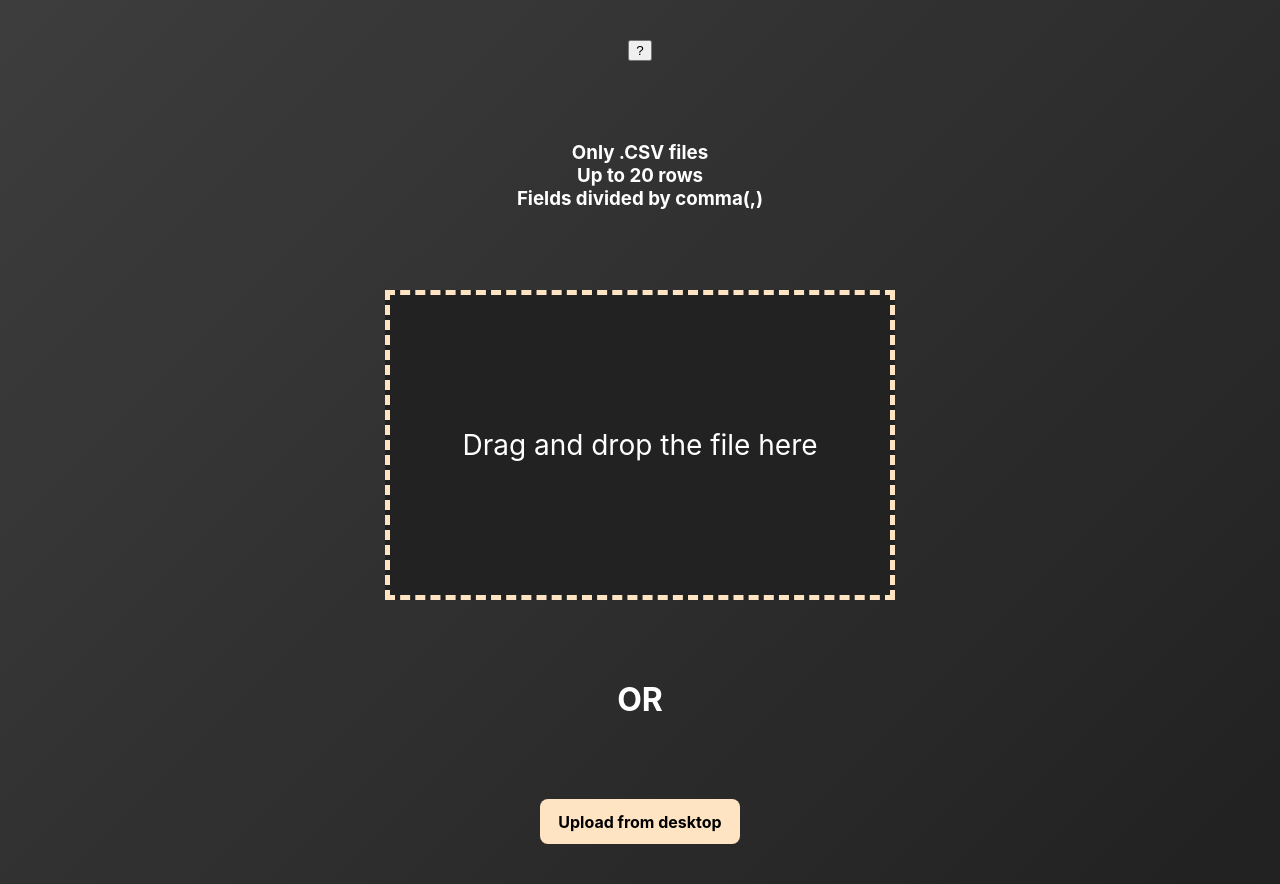
Repository: RXBVK/rt-map
Page: /
An editor plug-in stored every save of this project. The page is shown before and after the next save, followed by the edit.
The browser window is 1280 px wide. The pictures show the whole page.
The project was rebuilt for these pictures with package versions that can differ from the ones it lists, and the page was loaded fresh each time. Also part of the build but not shown: src/components/ColumnsPicker/styles/columns-picker.css, src/components/ColumnsPicker/ColumnsPicker.js, src/components/Map/Map.js.

Above is the page before, as saved 2021-07-21 21:43:52.

After the next save:
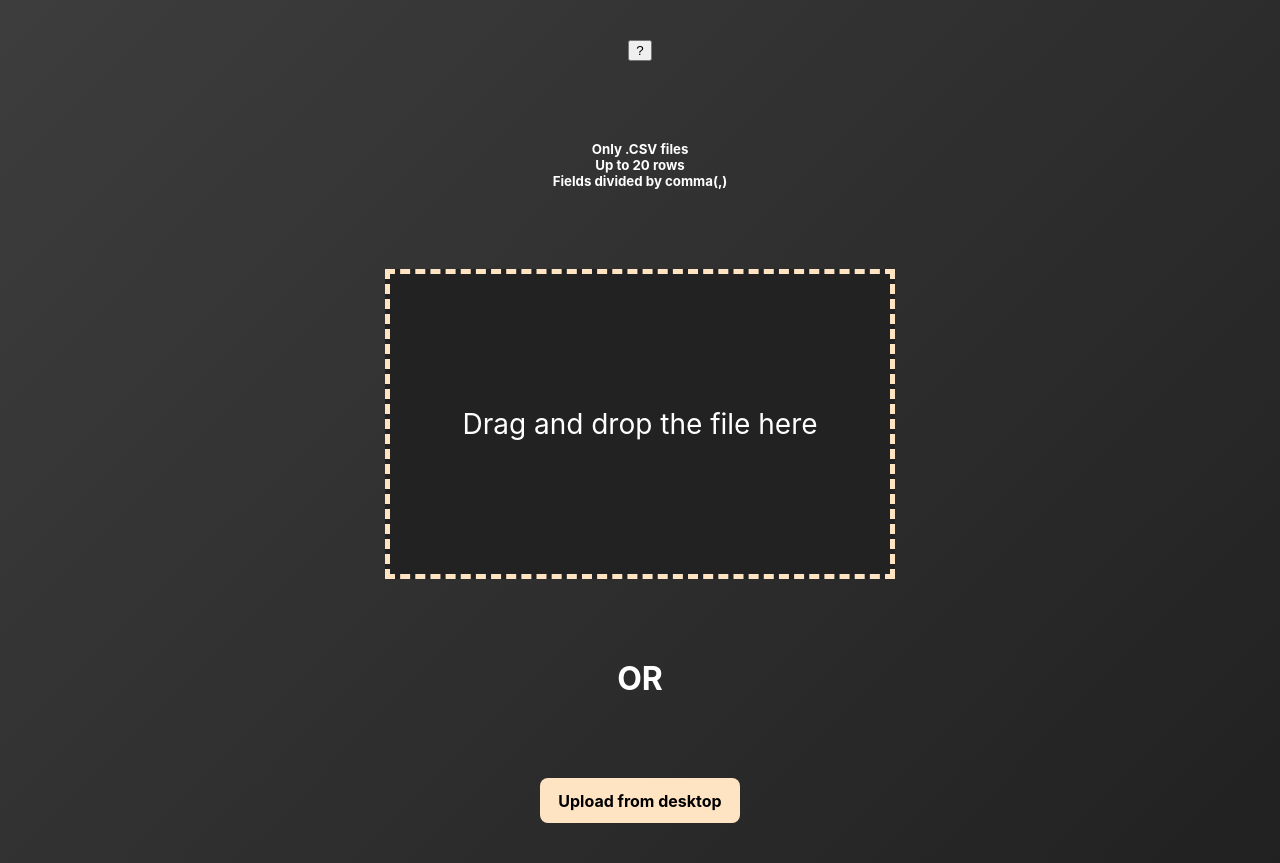
Saved 12 s later.
--- a/src/components/CsvUploader/CsvUploader.js
+++ b/src/components/CsvUploader/CsvUploader.js
@@ -25,13 +25,13 @@ export default function CsvUploader(props) {
   return (
     <div className="csv-uploader__container">
       <button className="csv-uploader__help">?</button>
-      <h3 styles={{ margin: "-40px 0" }}>
+      <h5 styles={{ margin: "-40px 0" }}>
         Only .CSV files
         <br />
         Up to 20 rows
         <br />
         Fields divided by comma(,)
-      </h3>
+      </h5>
       <div className="csv-uploader__dropzone" onDrop={(e) => handleDropZone(e)}>
         <p>Drag and drop the file here</p>
       </div>
